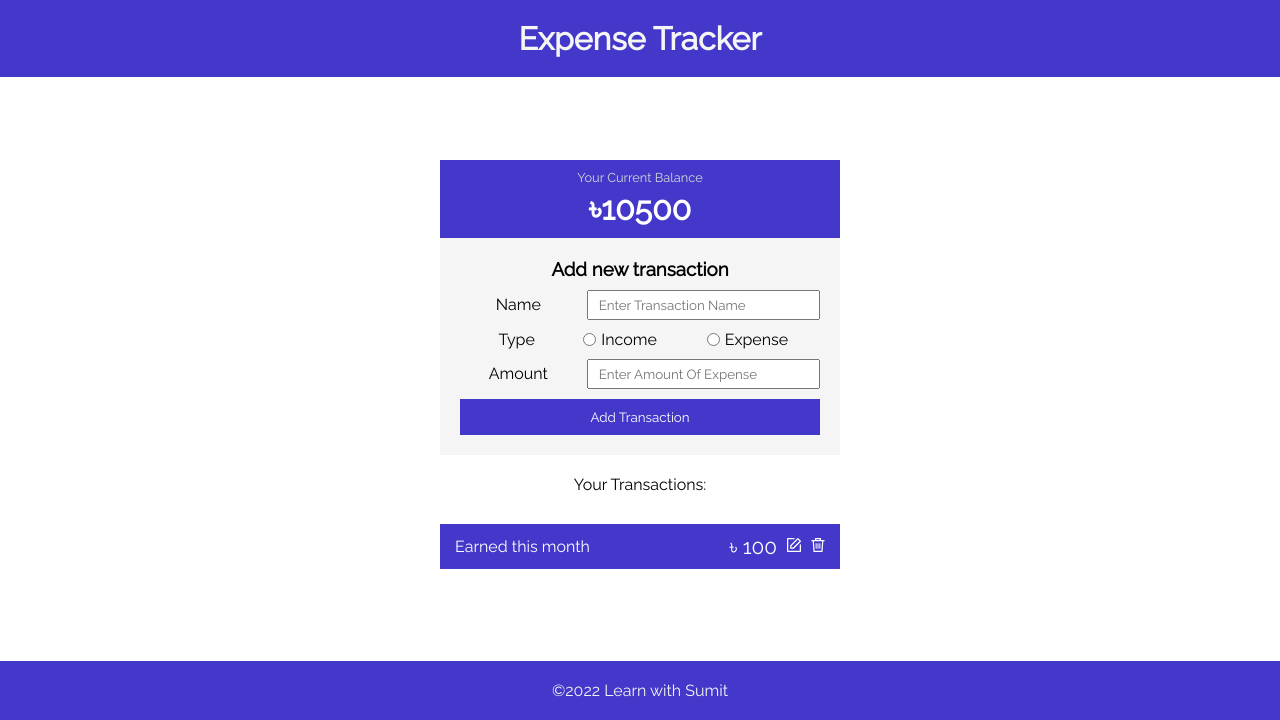
Repository: Tanvir3744/redux-expense-tracker
Page: /
An editor plug-in stored every save of this project. The page is shown before and after the next save, followed by the edit.
The browser window is 1280 px wide. The pictures show the whole page.
The project was rebuilt for these pictures with package versions that can differ from the ones it lists, and the page was loaded fresh each time.

Above is the page before, as saved 2022-11-08 21:19:31.

After the next save:
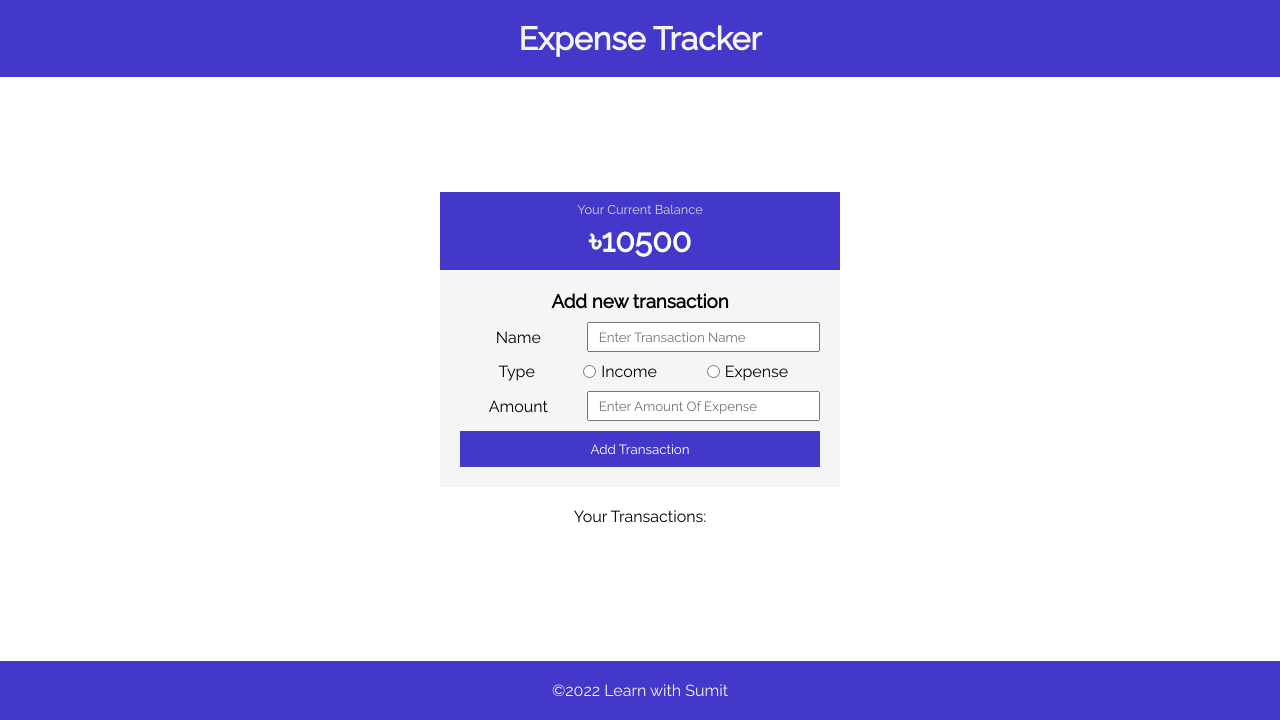
Saved 16 s later.
--- a/src/components/Transations.js
+++ b/src/components/Transations.js
@@ -29,7 +29,8 @@
             <div className="conatiner_of_list_of_transactions">
                 <ul>
                     {/* here wil be the single transactions component */}
-                    <AloneTransaction />
+                    {/*  <AloneTransaction /> */}
+                    {content}
                 </ul>
             </div>
         </>

After the save that followed:
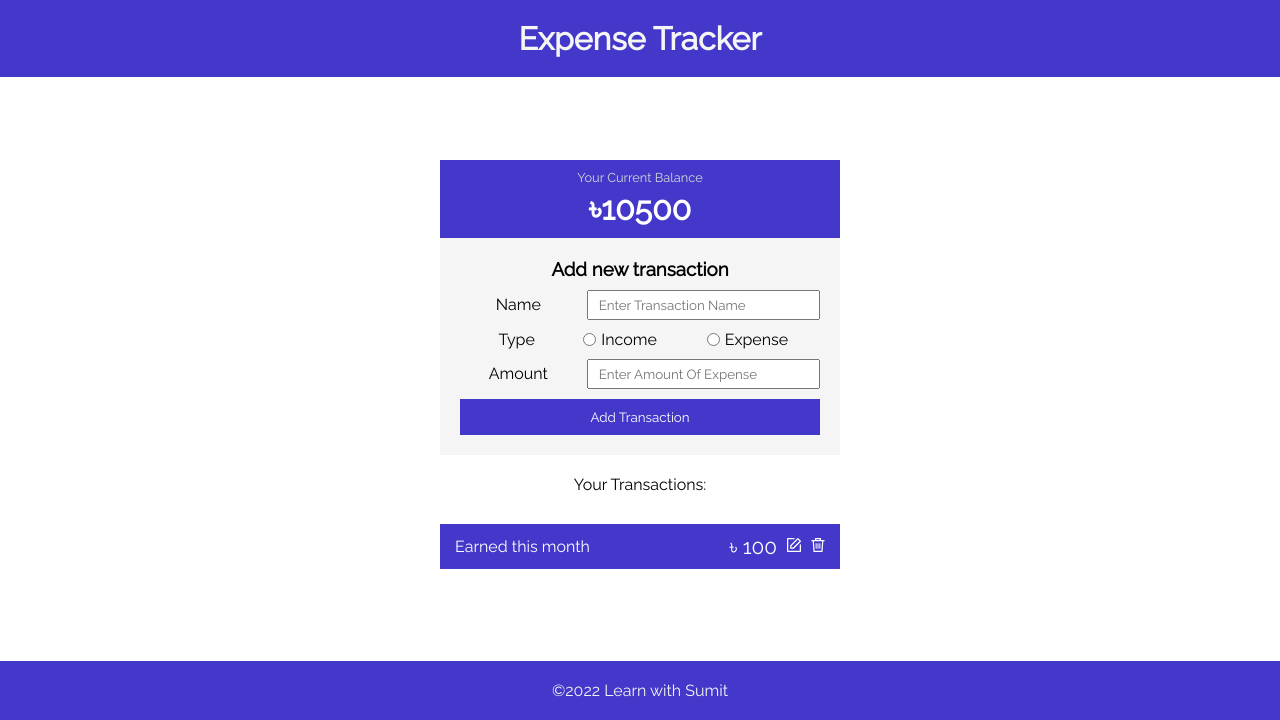
Saved 39 s later.
--- a/src/components/Transations.js
+++ b/src/components/Transations.js
@@ -29,7 +29,7 @@
             <div className="conatiner_of_list_of_transactions">
                 <ul>
                     {/* here wil be the single transactions component */}
-                    {/*  <AloneTransaction /> */}
+                     <AloneTransaction />
                     {content}
                 </ul>
             </div>
